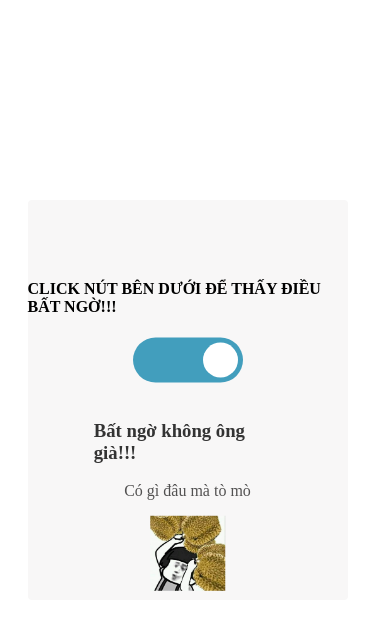
Repository: haokiet2501/troll-my-react
Page: /, after clicking the first element matching `div.toggle-center`
An editor plug-in stored every save of this project. The page is shown before and after the next save, followed by the edit.
The browser window is 375 px wide. The pictures show the whole page.
The project was rebuilt for these pictures with package versions that can differ from the ones it lists, and the page was loaded fresh each time.

Above is the page before, as saved 2022-07-30 23:34:01.

After the next save:
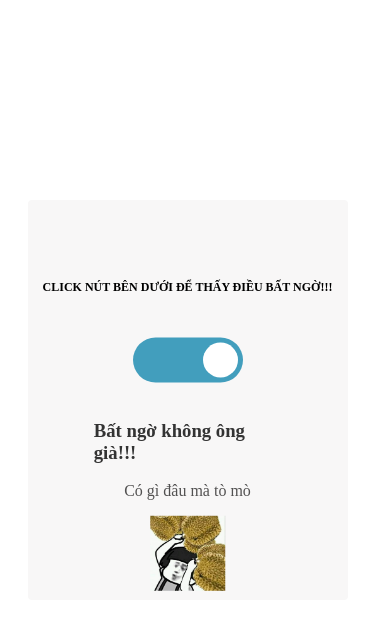
Saved 25 s later.
--- a/src/index.css
+++ b/src/index.css
@@ -100,6 +100,6 @@ p {
   }
 
   .toggle-title {
-    font-size: 1rem;
+    font-size: 0.75rem;
   }
 }
